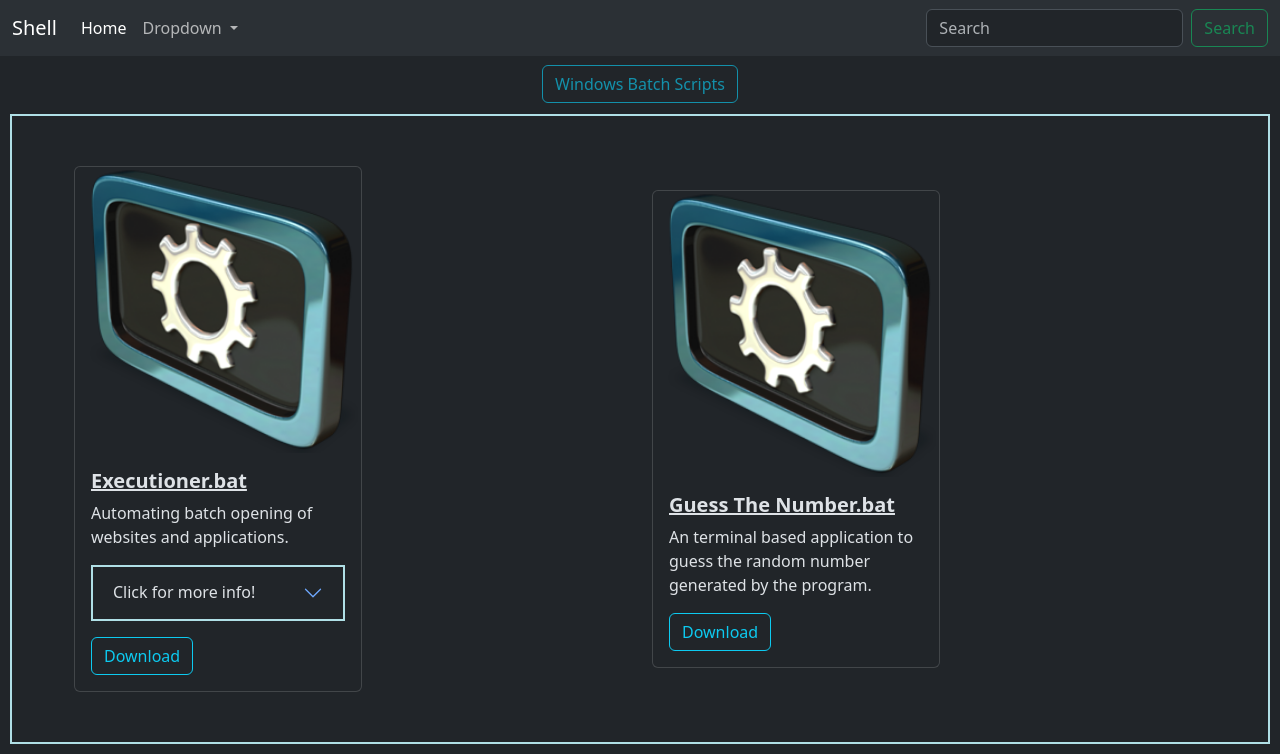
Repository: VictoriousMango/Archive
Page: index.html
An editor plug-in stored every save of this project. The page is shown before and after the next save, followed by the edit.
The browser window is 1280 px wide. The pictures show the whole page.

Above is the page before, as saved 2024-10-05 19:59:42.

After the next save:
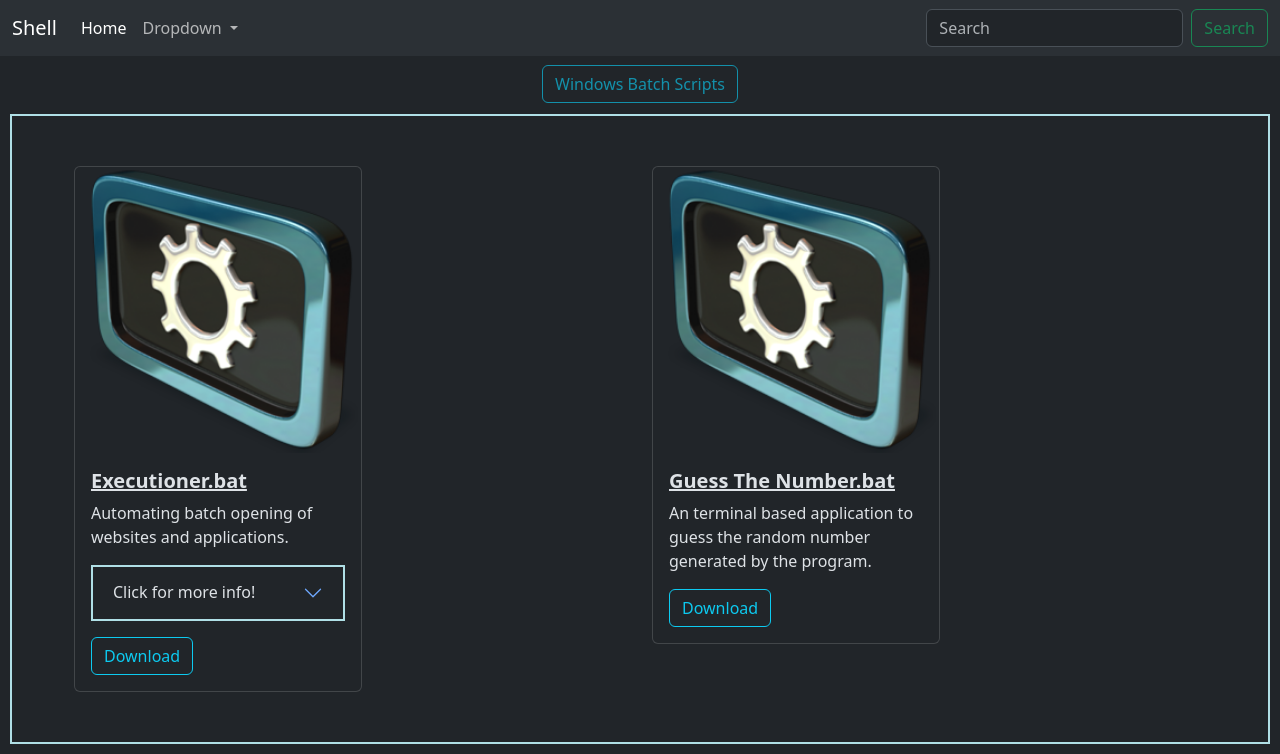
Saved 5 min 57 s later.
--- a/index.html
+++ b/index.html
@@ -46,7 +46,7 @@
     <!-- Windows Batch File -->
     <h1 style="text-align : center;" id="Batch"><button type="button" class="btn btn-outline-info" disabled>Windows
             Batch Scripts</button></h1>
-    <div class="row align-items-center" style="border: 2px solid powderblue; margin: 10px; padding: 50px;">
+    <div class="row" style="border: 2px solid powderblue; margin: 10px; padding: 50px;">
         <!-- First Card -->
         <div class="col">
             <div class="card" style="width: 18rem;">
